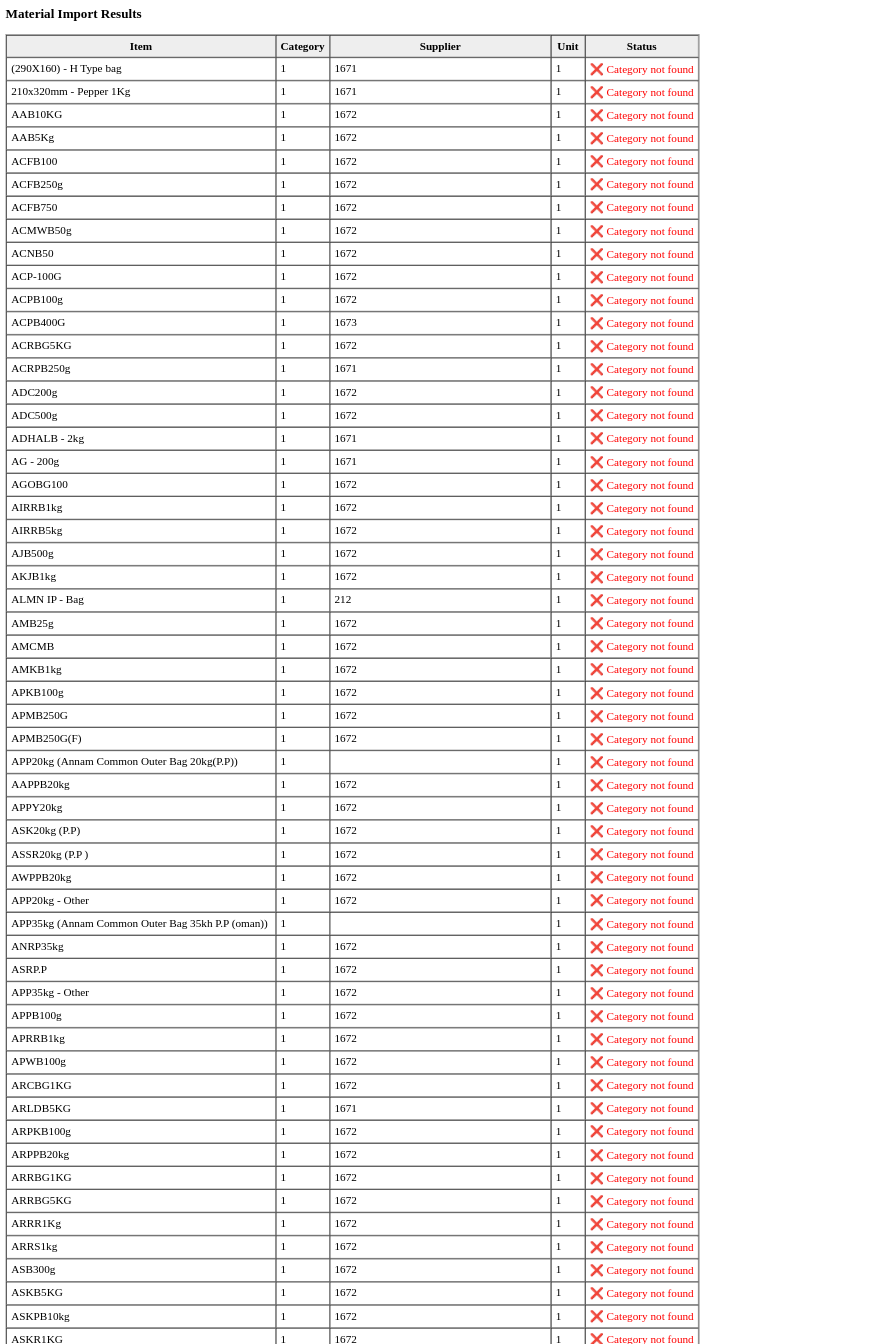
Repository: Asela054/TransFood
Page: http://localhost/database/itemlist.php
The author's editor kept a copy of each file at every save. The page is drawn from the files as they stood at one save, then again after the next save.
The browser window is 1280 px wide. The pictures show the part of the page from y = 0 to 1920 px (the page is 75892 px tall), at 70% of full size.
The page is run by PHP 8.4 with error messages shown; the project is at /var/www/html/. Queries for data that is not in the repository find no rows.

Above is the page before, as saved 2025-10-29 11:11:32.

After the next save:
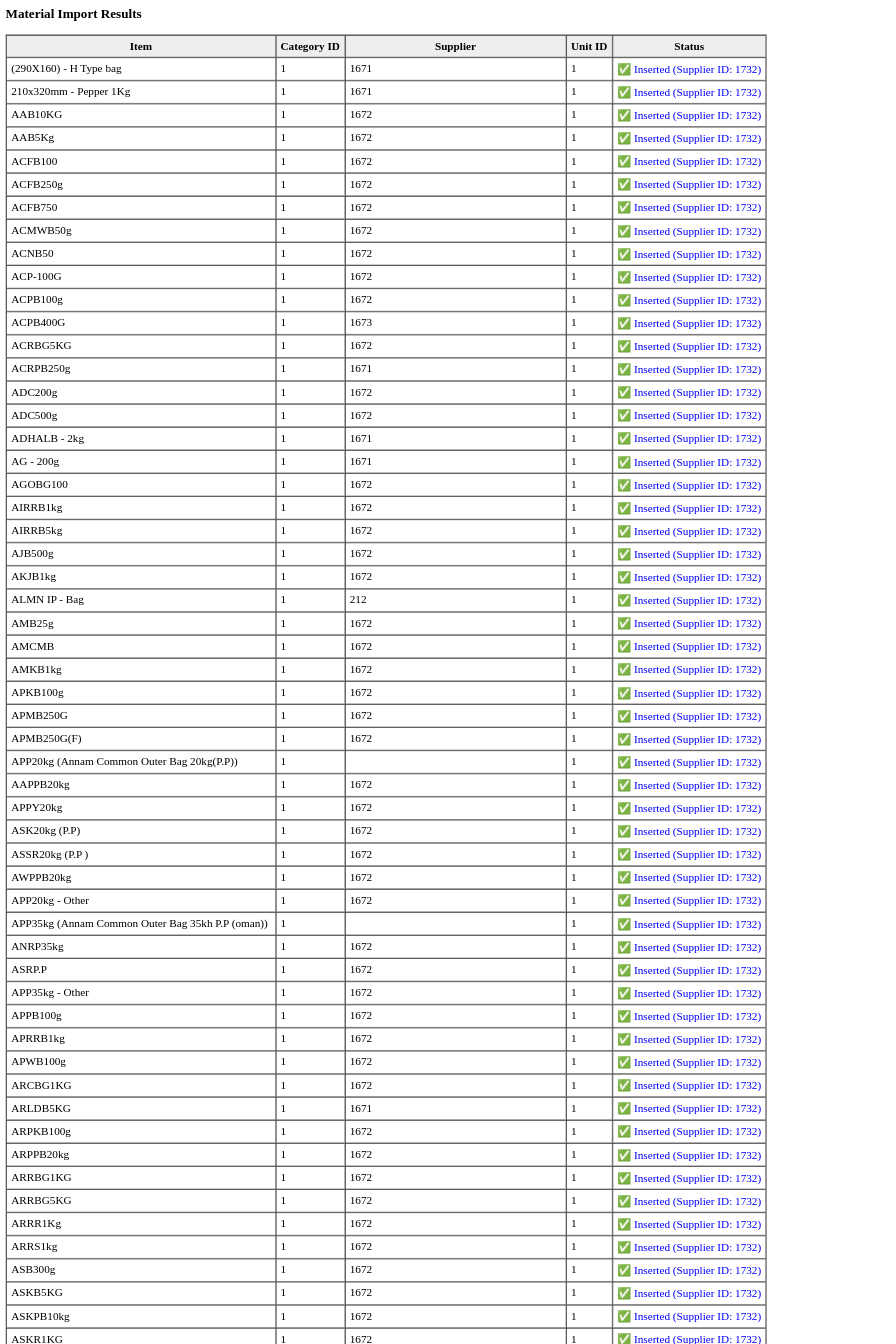
Saved 37 s later.
--- a/itemlist.php
+++ b/itemlist.php
@@ -32,9 +32,9 @@ if (($handle = fopen($csvFile, "r")) !== FALSE) {
     echo "<table border='1' cellpadding='6' cellspacing='0'>
             <tr style='background:#eee;'>
                 <th>Item</th>
-                <th>Category</th>
+                <th>Category ID</th>
                 <th>Supplier</th>
-                <th>Unit</th>
+                <th>Unit ID</th>
                 <th>Status</th>
             </tr>";
 
@@ -44,11 +44,11 @@ if (($handle = fopen($csvFile, "r")) !== FALSE) {
         if (count($data) < 5) continue; // skip incomplete rows
         $rowCount++;
 
-        $materialCategory = trim($data[0]);
-        $itemName         = trim($data[1]);
-        $itemDescription  = trim($data[2]);
-        $prefVendor       = trim($data[3]);
-        $unitName         = trim($data[4]);
+        $categoryId      = trim($data[0]); // directly from CSV
+        $itemName        = trim($data[1]);
+        $itemDescription = trim($data[2]);
+        $prefVendor      = trim($data[3]);
+        $unitId          = trim($data[4]); // directly from CSV
 
         if ($itemName == '') continue; // skip empty item names
 
@@ -65,39 +65,14 @@ if (($handle = fopen($csvFile, "r")) !== FALSE) {
             $checkSupplier->close();
         }
 
-        // ---------- CATEGORY ----------
-        $categoryId = null;
-        if (!empty($materialCategory)) {
-            $checkCategory = $conn->prepare("SELECT idtbl_material_category FROM tbl_material_category WHERE categoryname = ?");
-            $checkCategory->bind_param("s", $materialCategory);
-            $checkCategory->execute();
-            $result = $checkCategory->get_result();
-            if ($row = $result->fetch_assoc()) {
-                $categoryId = $row['idtbl_material_category'];
-            }
-            $checkCategory->close();
-        }
-
+        // ---------- CHECK CATEGORY & UNIT ----------
         if (!$categoryId) {
-            echo "<tr><td>$itemName</td><td>$materialCategory</td><td>$prefVendor</td><td>$unitName</td><td style='color:red;'>❌ Category not found</td></tr>";
+            echo "<tr><td>$itemName</td><td>$categoryId</td><td>$prefVendor</td><td>$unitId</td><td style='color:red;'>❌ Category ID missing</td></tr>";
             continue;
         }
 
-        // ---------- UNIT ----------
-        $unitId = null;
-        if (!empty($unitName)) {
-            $checkUnit = $conn->prepare("SELECT idtbl_unit FROM tbl_unit WHERE unitname = ?");
-            $checkUnit->bind_param("s", $unitName);
-            $checkUnit->execute();
-            $result = $checkUnit->get_result();
-            if ($row = $result->fetch_assoc()) {
-                $unitId = $row['idtbl_unit'];
-            }
-            $checkUnit->close();
-        }
-
         if (!$unitId) {
-            echo "<tr><td>$itemName</td><td>$materialCategory</td><td>$prefVendor</td><td>$unitName</td><td style='color:red;'>❌ Unit not found</td></tr>";
+            echo "<tr><td>$itemName</td><td>$categoryId</td><td>$prefVendor</td><td>$unitId</td><td style='color:red;'>❌ Unit ID missing</td></tr>";
             continue;
         }
 
@@ -122,9 +97,9 @@ if (($handle = fopen($csvFile, "r")) !== FALSE) {
             $insertSupplier->execute();
             $insertSupplier->close();
 
-            echo "<tr><td>$itemName</td><td>$materialCategory</td><td>$prefVendor</td><td>$unitName</td><td style='color:blue;'>✅ Inserted (Supplier ID: $supplierId)</td></tr>";
+            echo "<tr><td>$itemName</td><td>$categoryId</td><td>$prefVendor</td><td>$unitId</td><td style='color:blue;'>✅ Inserted (Supplier ID: $supplierId)</td></tr>";
         } else {
-            echo "<tr><td>$itemName</td><td>$materialCategory</td><td>$prefVendor</td><td>$unitName</td><td style='color:red;'>❌ Insert Failed</td></tr>";
+            echo "<tr><td>$itemName</td><td>$categoryId</td><td>$prefVendor</td><td>$unitId</td><td style='color:red;'>❌ Insert Failed</td></tr>";
         }
 
         $insertMaterial->close();
